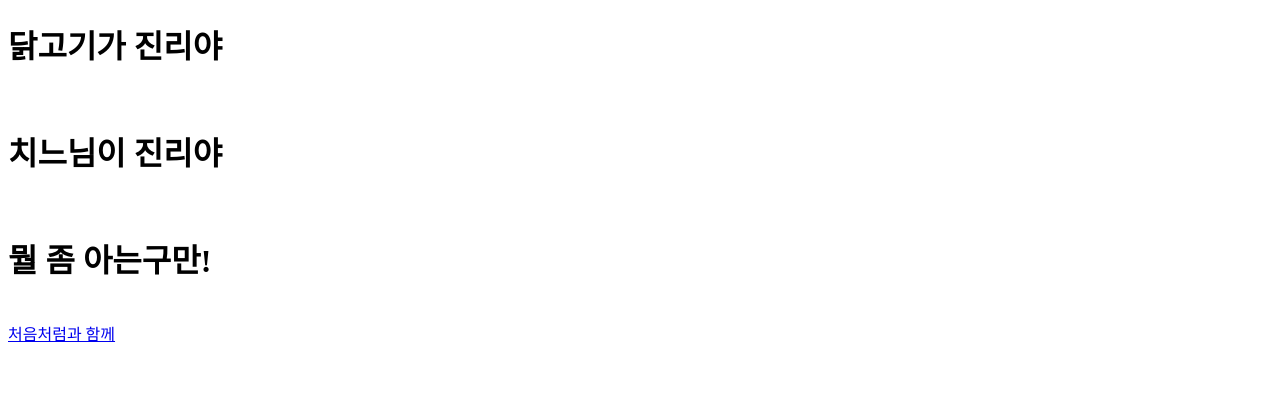
Repository: hyun5292/school
Page: http://localhost/PSH_1102_2/chicken.jsp
These files come from the project's save history. The page is drawn as it stood at one moment and after the next save; the edit follows.
The browser window is 1280 px wide. The pictures show the whole page.
The page is served by Tomcat 9.

Above is the page before, as saved 2018-11-02 07:46:09.

### JSP2-2/PSH_1102/PSH_1102_2/WebContent/chicken.jsp
<%@ page language="java" contentType="text/html; charset=EUC-KR"
    pageEncoding="EUC-KR"%>
<!DOCTYPE html>
<html>
<head>
<meta charset="EUC-KR">
<title>Insert title here</title>
</head>
<body>
<%!String kind;%>
<%
kind = request.getParameter("kind");
%>
<h1>닭고기가 진리야</h1><br/>
<h1>치느님이 진리야</h1><br/>
<h1>뭘 좀 아는구만!</h1><br/>
<a href="requestex.html">처음처럼과 함께</a>
</body>
</html>

After the next save:
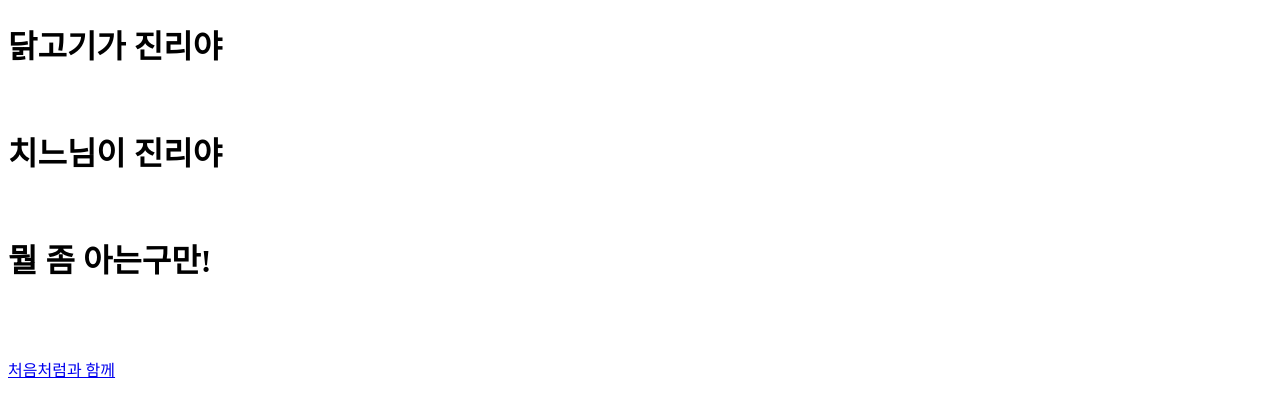
Saved 10 s later.
--- a/JSP2-2/PSH_1102/PSH_1102_2/WebContent/chicken.jsp
+++ b/JSP2-2/PSH_1102/PSH_1102_2/WebContent/chicken.jsp
@@ -13,7 +13,7 @@ kind = request.getParameter("kind");
 %>
 <h1>닭고기가 진리야</h1><br/>
 <h1>치느님이 진리야</h1><br/>
-<h1>뭘 좀 아는구만!</h1><br/>
+<h1>뭘 좀 아는구만!</h1><br/><br/><br/>
 <a href="requestex.html">처음처럼과 함께</a>
 </body>
 </html>
